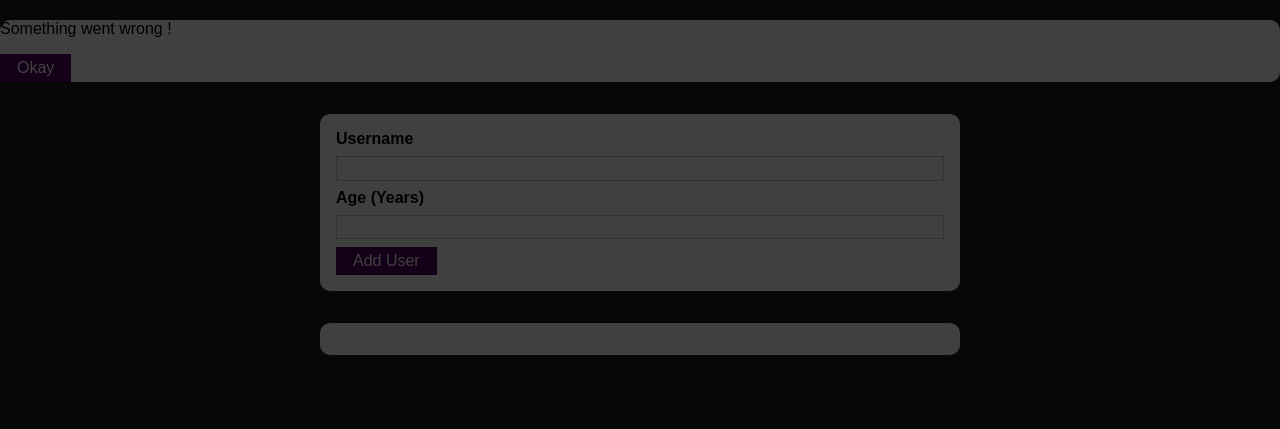
Repository: otvertka/MSC_4
Page: /
These files come from the project's save history. The page is drawn as it stood at one moment and after the next save; the edit follows.
The browser window is 1280 px wide. The pictures show the whole page.
The project was rebuilt for these pictures with package versions that can differ from the ones it lists, and the page was loaded fresh each time.

Above is the page before, as saved 2023-07-06 20:19:45.

### src/App.js
import React, { useState } from "react";
import AddUser from "./components/AddUser/AddUser";
import UserList from "./components/UserList/UserList";

function App() {
  const [usersList, setUsersList] = useState([]);

  const addUserHandler = (uName, uAge) => {
    setUsersList((prevUsersList) => {
      return [
        ...prevUsersList,
        { name: uName, age: uAge, id: Math.random().toString() },
      ];
    });
  };
  return (
    <div>
      <AddUser onAddUser={addUserHandler} />
      <UserList users={usersList} />
    </div>
  );
}

export default App;

### src/components/AddUser/AddUser.js
import React, { useState } from "react";
import classes from "./AddUser.module.css";
import Button from "../Button/Button";
import Card from "../Card/Card.js";
import ErrorModal from "../ErrorModal/ErrorModal";

const AddUser = (props) => {
  const [enteredUserName, setEnteredUserName] = useState("");
  const [enteredAge, setEnteredAge] = useState("");

  const [isValid, setIsValid] = useState(true);

  const usernameChangeHandler = (event) => {
    if (event.target.value.trim().length > 0) {
      setIsValid(true);
    }
    setEnteredUserName(event.target.value);
    console.log(enteredUserName);
  };
  const ageChangeHandler = (event) => {
    setEnteredAge(event.target.value);
  };

  const addUserHandler = (event) => {
    event.preventDefault();
    if (enteredUserName.trim().length === 0 || enteredAge.trim().length === 0) {
      return;
    }
    if (+enteredAge < 1) {
      return;
    }
    props.onAddUser(enteredUserName, enteredAge);
    setEnteredUserName("");
    setEnteredAge("");
  };

  return (
    <>
      <ErrorModal title="An error occured!" message="Something went wrong !" />
      <Card className={classes.input}>
        <form onSubmit={addUserHandler}>
          <label htmlFor="username">Username</label>
          <input
            id="username"
            type="text"
            value={enteredUserName}
            onChange={usernameChangeHandler}
          />
          <label htmlFor="age">Age (Years)</label>
          <input
            id="age"
            type="number"
            value={enteredAge}
            onChange={ageChangeHandler}
          />

          <Button type="submit">Add User</Button>
        </form>
      </Card>
    </>
  );
};

export default AddUser;

### src/components/UserList/UserList.js
import React from "react";
import classes from "./UserList.module.css";
import Card from "../Card/Card";

const UserList = (props) => {
  return (
    <Card className={classes.users}>
      <ul>
        {props.users.map((user) => (
          <li key={user.id}>
            {user.name} ({user.age} years old)
          </li>
        ))}
      </ul>
    </Card>
  );
};

export default UserList;

### src/components/AddUser/AddUser.module.css
.input {
  margin: 2rem auto;
  padding: 1rem;
  width: 90%;
  max-width: 40rem;
  /* background-color: aqua;
  border-radius: 20px; */
}

.input label {
  display: block;
  font-weight: bold;
  margin-bottom: 0.5rem;
}

.input input {
  font: inherit;
  display: block;
  width: 100%;
  border: 1px solid #ccc;
  padding: 0.15rem;
  margin-bottom: 0.5rem;
}

.input input:focus {
  outline: none;
  border-color: #4f005f;
}

### src/components/Button/Button.js
import React from "react";
import classes from "./Button.module.css";
const Button = (props) => {
  return (
    <button
      type={props.type || "button"}
      className={classes.button}
      onClick={props.onClick}
    >
      {props.children}
    </button>
  );
};

export default Button;

### src/components/ErrorModal/ErrorModal.js
import React from "react";
import Card from "../Card/Card";
import Button from "../Button/Button";
import classes from "./ErrorModal.module.css";

const ErrorModal = (props) => {
  return (
    <div>
      <div className={classes.backdrop} />
      <Card cssClass={classes.modal}>
        <header cssClass={classes.header}>
          <h2>
            <title>{props.title}</title>
          </h2>
        </header>
        <div cssClass={classes.content}>
          <p>{props.message}</p>
        </div>
        <footer cssClass={classes.actions}>
          <Button> Okay</Button>
        </footer>
      </Card>
    </div>
  );
};

export default ErrorModal;

Loaded but not shown: public/index.html (common file); src/index.js (common file); src/index.css (common file); src/components/Card/Card.js (common file); src/components/UserList/UserList.module.css (common file); src/components/Button/Button.module.css (common file); src/components/Card/Card.module.css (common file); src/components/ErrorModal/ErrorModal.module.css (common file)

After the next save:
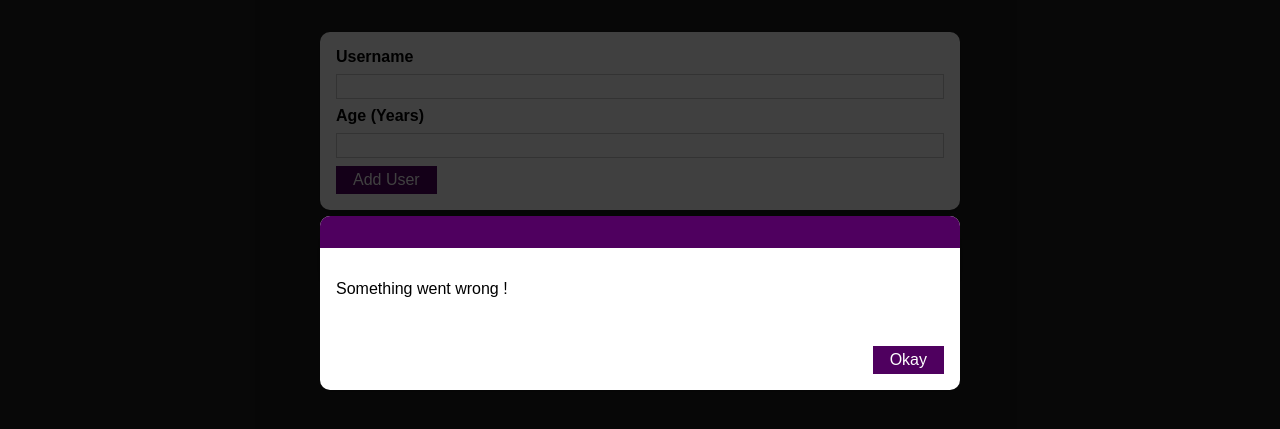
Saved 23 s later.
--- a/src/components/ErrorModal/ErrorModal.js
+++ b/src/components/ErrorModal/ErrorModal.js
@@ -7,16 +7,16 @@ const ErrorModal = (props) => {
   return (
     <div>
       <div className={classes.backdrop} />
-      <Card cssClass={classes.modal}>
-        <header cssClass={classes.header}>
+      <Card className={classes.modal}>
+        <header className={classes.header}>
           <h2>
             <title>{props.title}</title>
           </h2>
         </header>
-        <div cssClass={classes.content}>
+        <div className={classes.content}>
           <p>{props.message}</p>
         </div>
-        <footer cssClass={classes.actions}>
+        <footer className={classes.actions}>
           <Button> Okay</Button>
         </footer>
       </Card>
